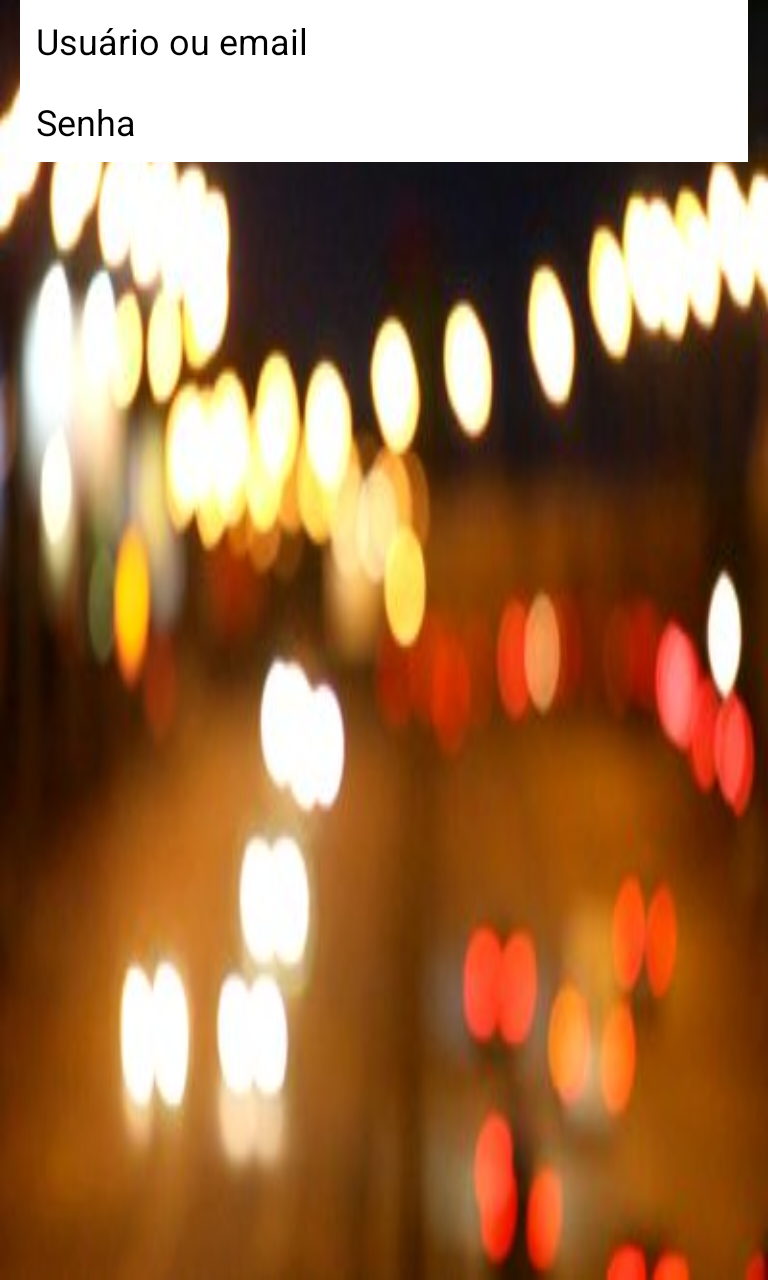
Repository: wellingtondessuy/AppLearning
Layout: HappyApp/res/layout/activity_login.xml
These files come from the project's save history. The layout is drawn as it stood at one moment and after the next save; the edit follows.
It is drawn on a 768 x 1280 px phone screen (xhdpi) without system bars, with theme AppTheme; the app's code is not run. The app's manifest (not shown) leaves right-to-left support off. So textAlignment, textDirection and layoutDirection are ignored, and left and right values win over start and end ones.

Above is the layout before, as saved 2015-05-22 19:15:19.

After the next save:
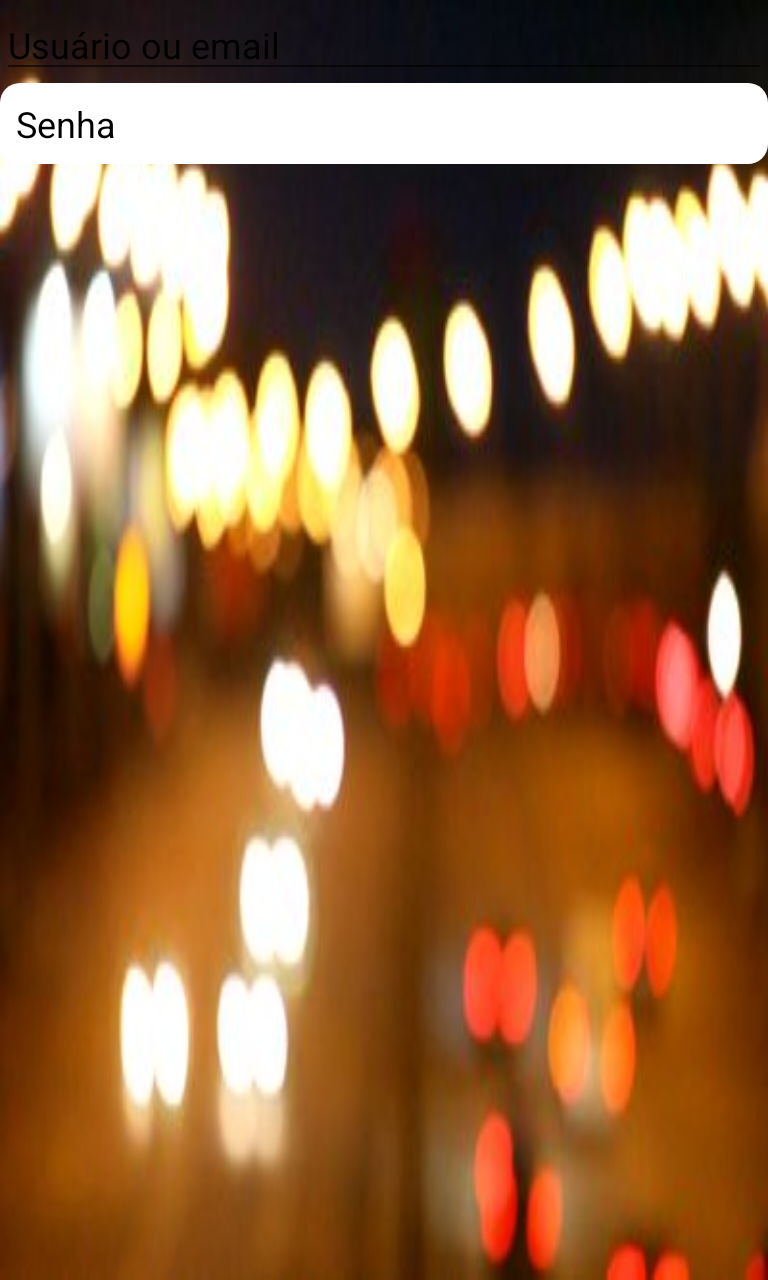
Saved 45 s later.
--- a/HappyApp/res/layout/activity_login.xml
+++ b/HappyApp/res/layout/activity_login.xml
@@ -12,11 +12,6 @@
         android:textColorHint="#000000"
         android:layout_width="match_parent"
         android:layout_height="wrap_content"
-        android:background="#FFFFFF"
-        android:layout_marginLeft="10dp"
-        android:layout_marginStart="10dp"
-        android:layout_marginRight="10dp"
-        android:padding="8dp"
         />
 
     <EditText
@@ -26,10 +21,7 @@
         android:inputType="textPassword"
         android:layout_width="match_parent"
         android:layout_height="wrap_content"
-        android:background="#FFFFFF"
-        android:layout_marginLeft="10dp"
-        android:layout_marginStart="10dp"
-        android:layout_marginRight="10dp"
-        android:padding="8dp"/>
+        android:background="@drawable/myrect"
+        />
 
 </LinearLayout>
